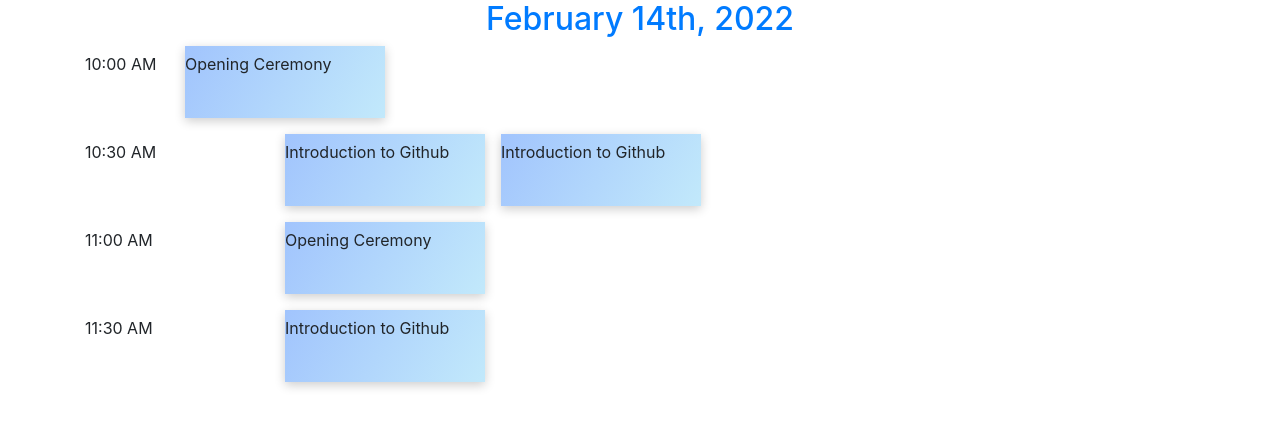
Repository: BaileyLuu/yuHacks2022
Page: public/schedule.html
An editor plug-in stored every save of this project. The page is shown before and after the next save, followed by the edit.
The browser window is 1280 px wide. The pictures show the whole page.
Some web libraries are served in a nearby version.

Above is the page before, as saved 2021-11-20 13:06:36.

After the next save:
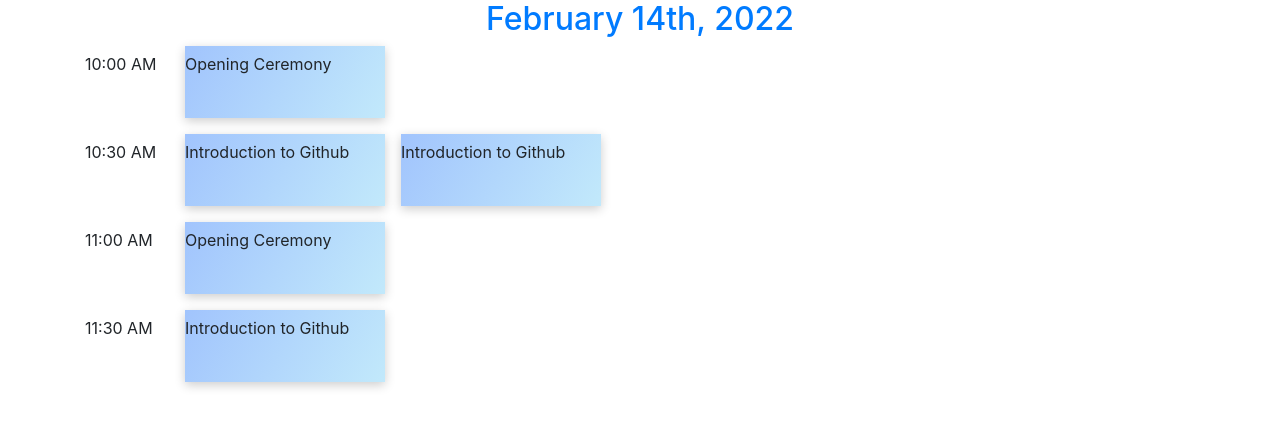
Saved 14 s later.
--- a/public/schedule.html
+++ b/public/schedule.html
@@ -71,18 +71,18 @@
 
                     </div>
                     <div class="box schedule-time mb-3">
-                        <div class="schedule-time">10:30 AM</div>
+                        <div class="schedule-time" style="width: 100px;">10:30 AM</div>
                         <div class="session-box schedule-time">Introduction to Github</div>
                         <div class="session-box schedule-time mx-3">Introduction to Github</div>
 
                     </div>
                     <div class="box schedule-time mb-3">
-                        <div class="schedule-time">11:00 AM</div>
+                        <div class="schedule-time" style="width: 100px;">11:00 AM</div>
                         <div class="session-box schedule-time">Opening Ceremony</div>
 
                     </div>
                     <div class="box schedule-time">
-                        <div class="schedule-time">11:30 AM</div>
+                        <div class="schedule-time" style="width: 100px;">11:30 AM</div>
                         <div class="session-box schedule-time">Introduction to Github</div>
 
                     </div>
